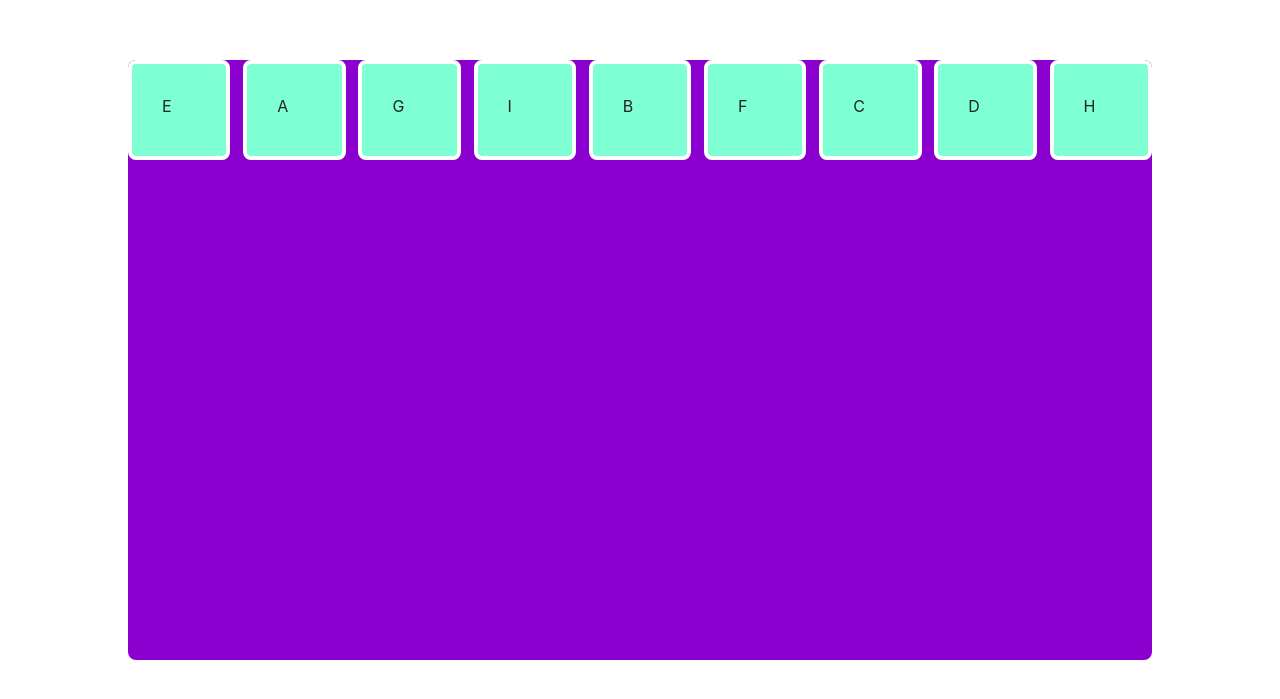
Repository: alessandradiamantino/Curso-Front-End-Design
Page: 1 - Introdução ao HTML e CSS/3 - Layouts, Grids e Flexbox/Bootstrap Grid system/index.html
These files come from the project's save history. The page is drawn as it stood at one moment and after the next save; the edit follows.
The browser window is 1280 px wide. The pictures show the whole page.

Above is the page before, as saved 2023-04-24 11:11:19.

### 1 - Introdução ao HTML e CSS/3 - Layouts, Grids e Flexbox/Bootstrap Grid system/index.html
<!DOCTYPE html>
<html lang="en">
<head>
  <meta charset="UTF-8">
  <meta http-equiv="X-UA-Compatible" content="IE=edge">
  <meta name="viewport" content="width=device-width, initial-scale=1.0">
  <link rel="stylesheet" href="css/bootstrap.min.css">
  <link rel="stylesheet" href="css/style.css">
  <title>Document</title>
</head>

<body>
 <!--
  <div class="my-box container justify-content-center"> <!-- container responsivo
  <div class="row">
    <div class="col-sm- col-lg-3 div-1">DIV 1</div>
    <div class="col-sm- col-lg-2 div-2">DIV 2</div>
    <div class="col-sm- col-lg-2 div-3">DIV 3</div>
  </div>
   </div>
-->
   <div class="my-container">
    <div class="my-item order-1" >
      A
    </div>
    <div class="my-item order-2" >
      B
    </div>
    <div class="my-item order-3" >
      C
    </div>
    <div class="my-item order-4" >
      D
    </div>
    <div class="my-item" >
      E
    </div>
    <div class="my-item order-2" >
      F
    </div>
    <div class="my-item order-1" >
      G
    </div>
    <div class="my-item order-4" >
      H
    </div><div class="my-item order-1">
      I

   </div>
</body>
</html>

### 1 - Introdução ao HTML e CSS/3 - Layouts, Grids e Flexbox/Bootstrap Grid system/css/style.css
* {
  box-sizing: border-box;
}
body {
  margin: 0;
  padding: 0;
}

.my-box{
  height: 100px;
}

.my-container{
  display: flex;
  width: 80%;
  height: 600px;
  margin: 60px auto;
  background-color: #8a00cf;
  border-radius: 8px;
  /*flex-direction: row;
  flex-wrap: wrap;*/
  flex-flow: row wrap;
  justify-content: space-between;
  align-items: flex-start;
  align-content: flex-start;
}

.my-item {
  height: 100px;
  padding: 30px;
  background-color: aquamarine;
  border-radius: 8px;
  border: 4px solid white;
  flex-basis: 10%;
}

.order-1 {
  order: 1;
}

.order-2 {
  order: 2;
}

.order-3 {
  order: 3;
}

.order-4 {
  order: 4;
}

.my-box div {
  background-color: blueviolet;
  height: 80px;
  margin-top: 10px;
}

.my-box .div-1 {
  background-color: aquamarine;
}

.my-box .div-2 {
  background-color: bisque;
}

.my-box .div-3 {
  background-color: cornflowerblue;
}

Loaded but not shown: 1 - Introdução ao HTML e CSS/3 - Layouts, Grids e Flexbox/Bootstrap Grid system/css/bootstrap.min.css (library)

After the next save:
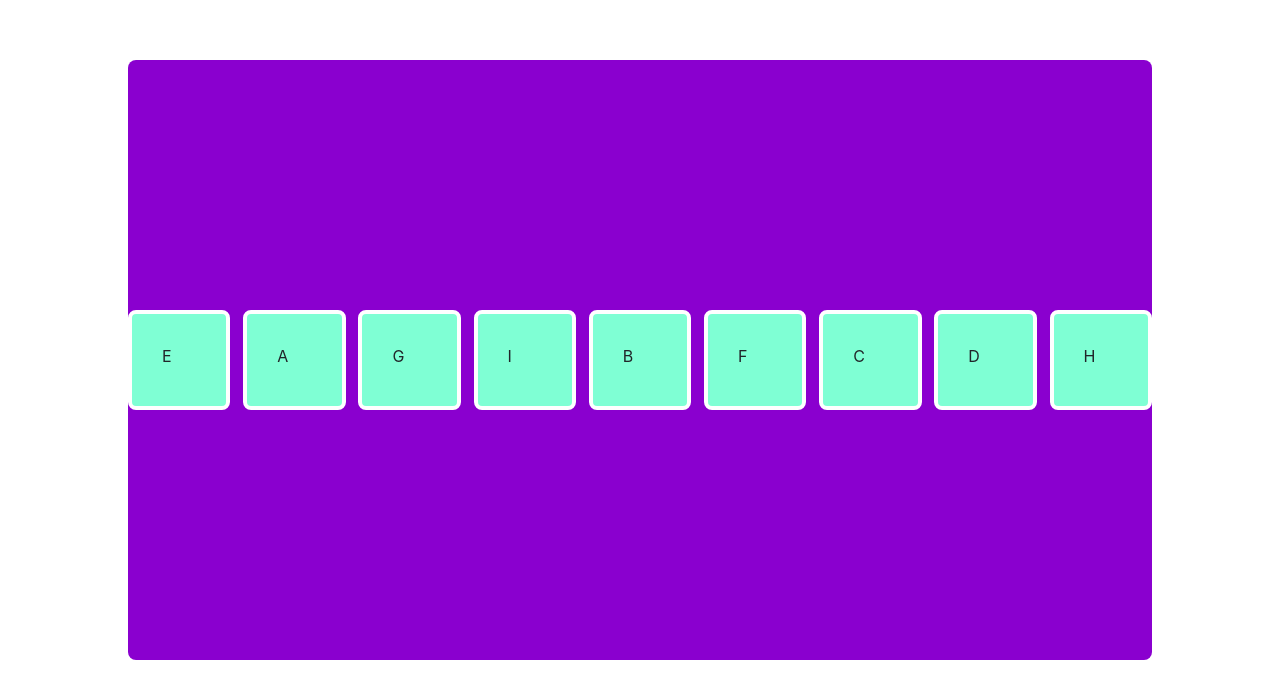
Saved 81 min 19 s later.
--- a/1 - Introdução ao HTML e CSS/3 - Layouts, Grids e Flexbox/Bootstrap Grid system/css/style.css
+++ b/1 - Introdução ao HTML e CSS/3 - Layouts, Grids e Flexbox/Bootstrap Grid system/css/style.css
@@ -22,7 +22,7 @@ body {
   flex-flow: row wrap;
   justify-content: space-between;
   align-items: flex-start;
-  align-content: flex-start;
+  align-content: center;
 }
 
 .my-item {
